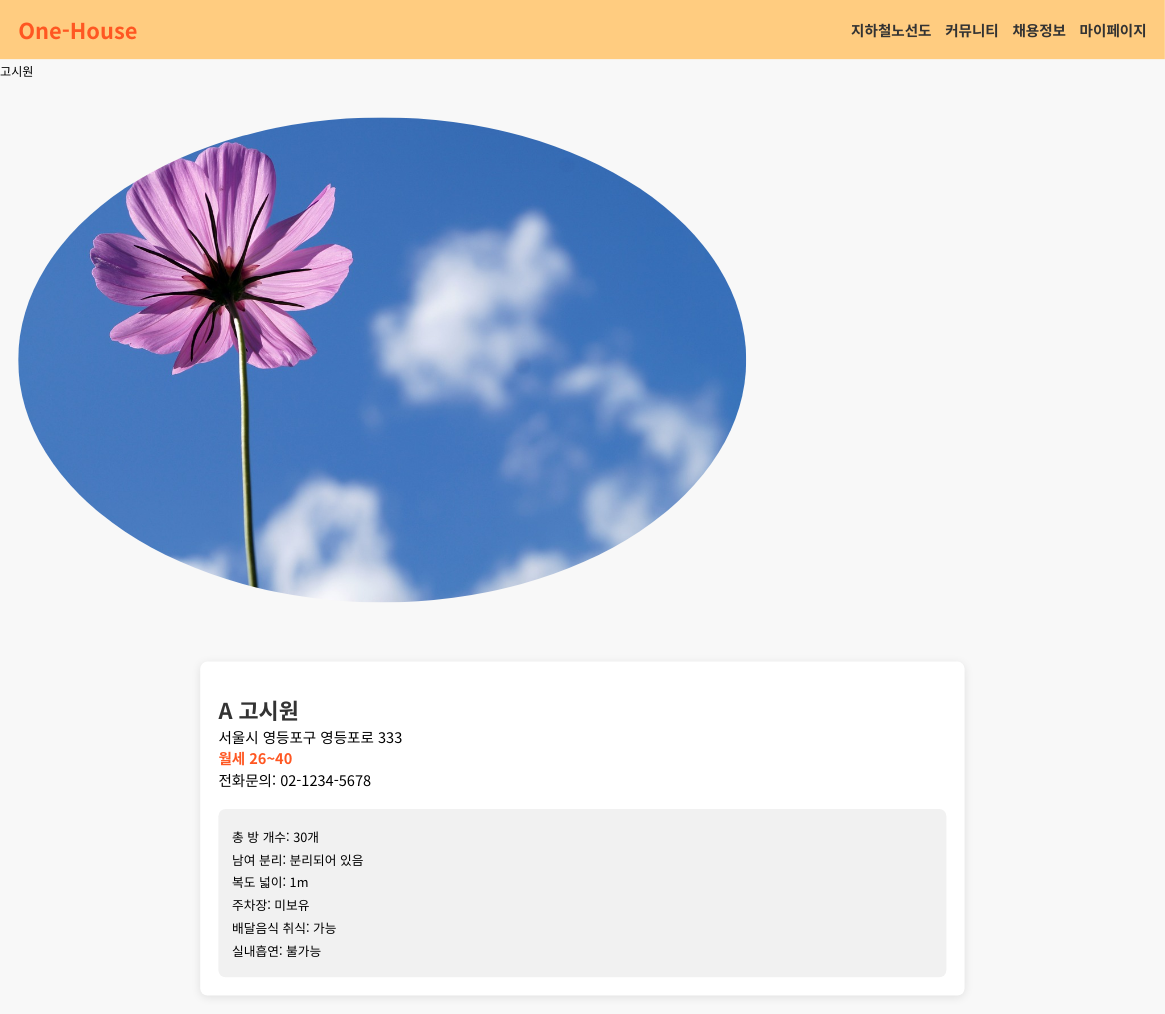
Repository: nayeon-3/one_house
Page: one_house/public/sample/page1.html
The author's editor kept a copy of each file at every save. The page is drawn from the files as they stood at one save, then again after the next save.
The browser window is 1280 px wide. The pictures show the whole page, at 91% of full size.

Above is the page before, as saved 2025-02-12 05:23:41.

### one_house/public/sample/page1.html
<!DOCTYPE html>
<html lang="ko">
<head>
    <meta charset="UTF-8">
    <meta name="viewport" content="width=device-width, initial-scale=1.0">
    <title>One-House</title>
    <link rel="stylesheet" href="page1.css">
</head>
<body class="body">
    <header>
        <div class="logo">One-House</div>
        <nav>
            <ul>
                <li><a href="#">지하철노선도</a></li>
                <li><a href="#">커뮤니티</a></li>
                <li><a href="#">채용정보</a></li>
                <li><a href="#">마이페이지</a></li>
            </ul>
        </nav>
    </header>

    <main>
        <div class="image_box">
           <small>고시원</small><br>
           <img src="../img/flower.jpg" alt="고시원 이미지">
        </div>
        <div class="container">
            <div class="info-box">
                <h2>A 고시원</h2>
                <p>서울시 영등포구 영등포로 333</p>
                <p class="price">월세 26~40</p>
                <p><span class="label">전화문의:</span> 02-1234-5678</p>
            </div>
            <div class="details">
                <p>총 방 개수: 30개</p>
                <p>남여 분리: 분리되어 있음</p>
                <p>복도 넓이: 1m</p>
                <p>주차장: 미보유</p>
                <p>배달음식 취식: 가능</p>
                <p>실내흡연: 불가능</p>
            </div>
        </div>
    </main>

    <script src="page1.js"></script>
</body>
</html>

### one_house/public/sample/page1.css
/*
	<weight>: Use a value from 100 to 900
	<uniquifier>: Use a unique and descriptive class name
*/
@import url('https://fonts.googleapis.com/css2?family=Noto+Sans+KR:wght@100..900&display=swap');
*{
	margin: 0;
	padding: 0;
	font-family: "Noto Sans KR", "Helvetica Neue", Helvetica, Arial, sans-serif;
	font-optical-sizing: auto;
    font-style: normal;
}
/* 기본 스타일 */
body {
    background-color: #f8f8f8;
}

/* 헤더 스타일 */
header {
    display: flex;
    justify-content: space-between;
    align-items: center;
    padding: 15px 20px;
    background-color: #ffcc80;
}

.logo {
    font-size: 24px;
    font-weight: bold;
    color: #ff5722;
}

nav ul {
    list-style: none;
    display: flex;
    gap: 15px;
}

nav ul li {
    display: inline;
}

nav ul li a {
    text-decoration: none;
    color: #333;
    font-weight: bold;
}

/* 컨테이너 스타일 */
.container {
    max-width: 800px;
    margin: 20px auto;
    background: white;
    padding: 20px;
    border-radius: 8px;
    box-shadow: 0 2px 10px rgba(0, 0, 0, 0.1);
}

/* 이미지 박스 */
.image-box {
    max-width: 800px;
    margin: 20px auto;
    padding: 20px;
    overflow: hidden;

}

img {
   	max-width: 800px;
    margin: 20px auto;
    border-radius: 50%;
    padding: 20px;
}

/* 정보 박스 */
.info-box {
    margin-top: 15px;
}

.info-box h2 {
    color: #333;
}

.info-box .price {
    color: #ff5722;
    font-weight: bold;
}

/* 상세 정보 스타일 */
.details {
    margin-top: 20px;
    background: #f1f1f1;
    padding: 15px;
    border-radius: 8px;
}

.details p {
    margin: 5px 0;
    font-size: 14px;
}

### one_house/public/sample/page1.js
	document.addEventListener("DOMContentLoaded", function () {
    	const priceElement = document.querySelector(".price");

    // 가격 정보를 클릭하면 알림창이 뜨는 기능 추가
    if (priceElement) {
        priceElement.addEventListener("click", function () {
            alert("월세 범위는 26~40만원입니다.");
        });
    }

    // 네비게이션 메뉴 호버 효과 추가
    const navLinks = document.querySelectorAll("nav ul li a");
    navLinks.forEach(link => {
        link.addEventListener("mouseenter", function () {
            this.style.color = "#ff5722";
        });
        link.addEventListener("mouseleave", function () {
            this.style.color = "#333";
        });
    });
});

After the next save:
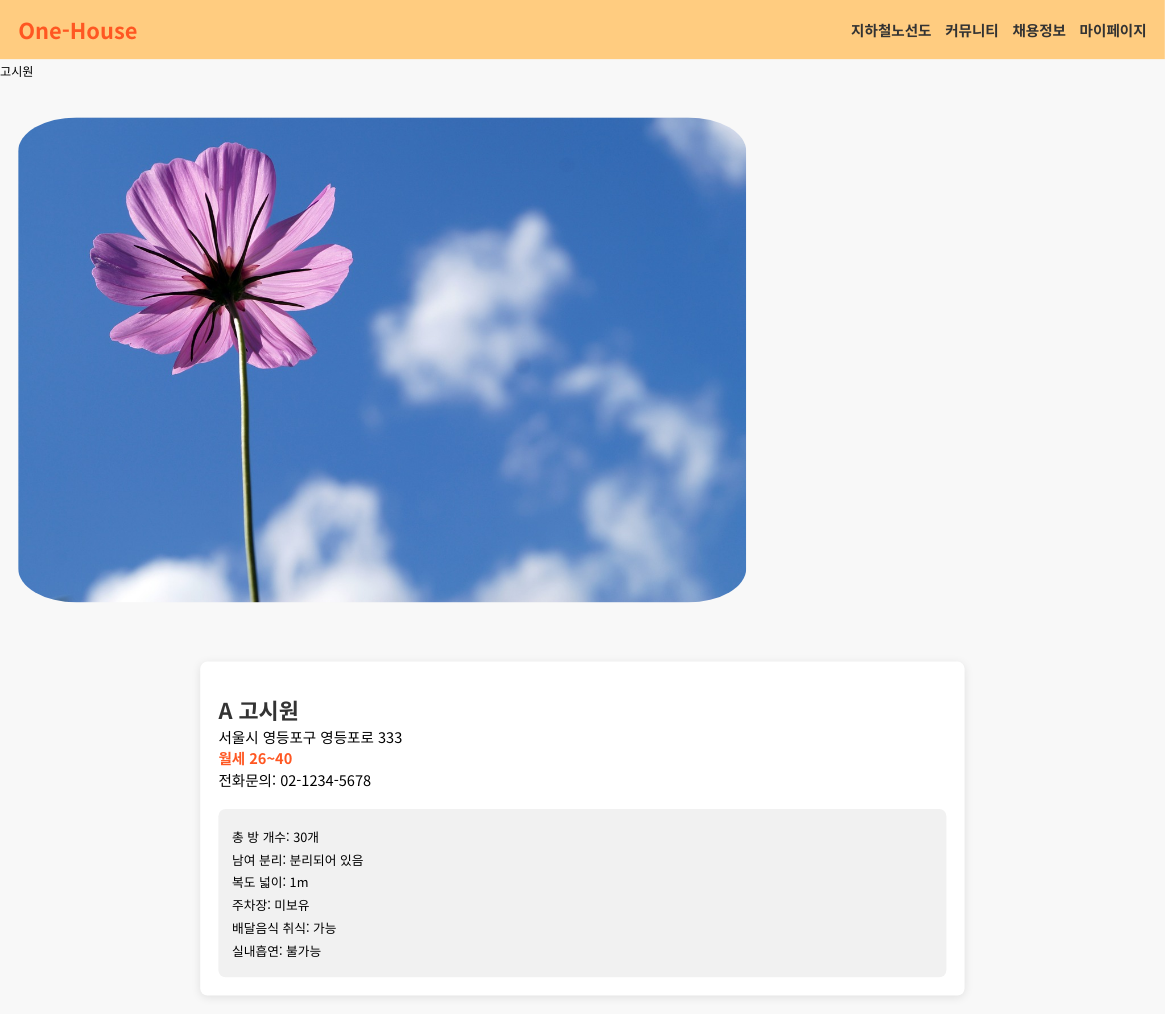
Saved 36 s later.
--- a/one_house/public/sample/page1.css
+++ b/one_house/public/sample/page1.css
@@ -68,7 +68,7 @@ nav ul li a {
 img {
    	max-width: 800px;
     margin: 20px auto;
-    border-radius: 50%;
+    border-radius: 10%;
     padding: 20px;
 }
 
